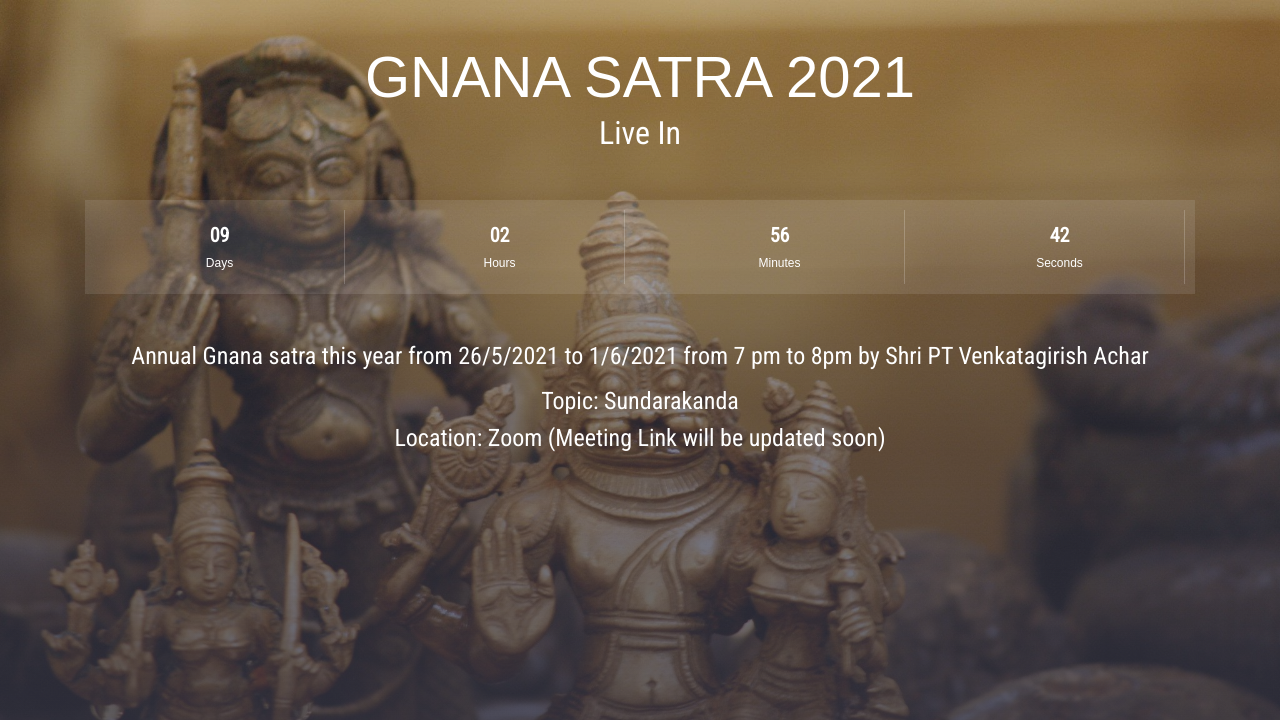
Repository: anirudhbichal/gs
Page: /
The author's editor kept a copy of each file at every save. The page is drawn from the files as they stood at one save, then again after the next save.
The browser window is 1280 px wide. The pictures show the whole page.
Some web fonts or font styles are not loaded; a fallback is used. The project was rebuilt for these pictures with package versions that can differ from the ones it lists, and the page was loaded fresh each time.

Above is the page before, as saved 2021-05-17 17:58:56.

### public/index.html
<!DOCTYPE html>
<html lang="en">
  <head>
    <meta charset="utf-8" />
    <meta name="viewport" content="width=device-width, initial-scale=1" />
    <meta name="theme-color" content="#000000" />
    <meta
      name="description"
      content="Gnana Satra website"
    />
    <link rel="apple-touch-icon" href="%PUBLIC_URL%/logo192.png" />
    <!--
      manifest.json provides metadata used when your web app is installed on a
      user's mobile device or desktop. See https://developers.google.com/web/fundamentals/web-app-manifest/
    -->
    <link rel="manifest" href="%PUBLIC_URL%/manifest.json" />
    <!--
      Notice the use of %PUBLIC_URL% in the tags above.
      It will be replaced with the URL of the `public` folder during the build.
      Only files inside the `public` folder can be referenced from the HTML.

      Unlike "/favicon.ico" or "favicon.ico", "%PUBLIC_URL%/favicon.ico" will
      work correctly both with client-side routing and a non-root public URL.
      Learn how to configure a non-root public URL by running `npm run build`.
    -->
    <title>Gnana Satra</title>
  </head>
  <body>
    <noscript>You need to enable JavaScript to run this app.</noscript>
    <div id="root"></div>
    <!--
      This HTML file is a template.
      If you open it directly in the browser, you will see an empty page.

      You can add webfonts, meta tags, or analytics to this file.
      The build step will place the bundled scripts into the <body> tag.

      To begin the development, run `npm start` or `yarn start`.
      To create a production bundle, use `npm run build` or `yarn build`.
    -->
  </body>
</html>

### src/App.js
import 'bootstrap/dist/css/bootstrap.min.css';
import './App.css';
import Container from 'react-bootstrap/Container';
import Timer from "./components/countdown/Timer";

function App() {
  return (
    <div className="App">
      <Container className="my-5">
        <h1>
          Gnana Satra 2021
        </h1>
        <h2 className="mb-5">Live In</h2>
        <Timer />
        <h4 className="mt-5">
          Annual Gnana satra this year from 26/5/2021 to 1/6/2021 from 7 pm to 8pm by Shri PT Venkatagirish Achar
        </h4>
        <h4 className="mt-3">
          Topic: Sundarakanda
        </h4>
        <h4>
          Location: Zoom (Meeting Link will be updated soon)
        </h4>
      </Container>
    </div>
  );
}

export default App;

### src/App.css
@import url("https://fonts.googleapis.com/css?family=Roboto+Condensed&display=swap");
@import url('http://fonts.cdnfonts.com/css/samarkan');

body {
  color: #fff;
  font-family: "Roboto Condensed", sans-serif;
  background-image: url('gs-bg.jpg');
  background-position: top top;
  background-size: cover;
  margin: 0;
}

.App {
  position: fixed;
  top: 0;
  left: 0;
  right: 0;
  bottom: 0;
  text-align: center;
  background: rgb(55, 55, 70);
  background: linear-gradient(
    0deg,
    rgba(55, 55, 70, 0.8) 0%,
    rgba(55, 55, 70, 0.6) 50%,
    rgba(55, 55, 70, 0.3) 100%
  );
}

h1 {
  font-family: 'Samarkan', sans-serif;
  font-size: 58px;
  text-transform: uppercase;
  line-height: 1;
}

### src/components/countdown/Timer.js
import React, { Component } from "react";
// import moment from 'moment';
import Container from 'react-bootstrap/Container';
import Row from 'react-bootstrap/Row';
import Col from 'react-bootstrap/Col';
import "./Timer.css";

class CountDown extends Component {
  constructor(props) {
    super(props);
    this.count = this.count.bind(this);
    this.state = {
      days: 0,
      minutes: 0,
      hours: 0,
      secounds: 0,
      time_up: ""
    };
    this.x = null;
    this.deadline = null;
  }
  count() {
    var now = new Date().getTime();
    var t = this.deadline - now;
    var dd = Math.floor(t / (1000 * 60 * 60 * 24));
    var hh = Math.floor((t % (1000 * 60 * 60 * 24)) / (1000 * 60 * 60));
    var mm = Math.floor((t % (1000 * 60 * 60)) / (1000 * 60));
    var ss = Math.floor((t % (1000 * 60)) / 1000);

    var days = dd < 10 ? "0" + dd : dd;
    var hours = hh < 10 ? "0" + hh : hh;
    var minutes = mm < 10 ? "0" + mm : mm;
    var seconds = ss < 10 ? "0" + ss : ss;

    this.setState({ days, minutes, hours, seconds });

    if (t < 0) {
      clearInterval(this.x);
      this.setState({
        days: 0,
        minutes: 0,
        hours: 0,
        seconds: 0,
        time_up: "TIME IS UP"
      });
    }
  }
  componentDidMount() {
    this.deadline = new Date("May 26, 2021 19:00:00").getTime();

    this.x = setInterval(this.count, 1000);
  }

  render() {
    const { days, seconds, hours, minutes } = this.state;
    return (
      <Container id="countdown">
        <Row>
            <Col>
                <div className="box">
                    <p id="day">{days}</p>
                    <span className="text">Days</span>
                </div>
            </Col>
            <Col>
                <div className="box">
                    <p id="hour">{hours}</p>
                    <span className="text">Hours</span>
                </div>
            </Col>
            <Col>
                <div className="box">
                    <p id="minute">{minutes}</p>
                    <span className="text">Minutes</span>
                </div>
            </Col>
            <Col>
                <div className="box">
                    <p id="second">{seconds}</p>
                    <span className="text">Seconds</span>
                </div>
            </Col>
        </Row>
      </Container>
    );
  }
}

export default CountDown;

### src/components/countdown/Timer.css
#countdown {
    padding: 10px;
    background-color: rgba(255, 255, 255, 0.1);
    display: inline-block;
    text-align: center;
    margin: auto;
  }
  #countdown .box {
    padding: 10px;
    border-right: solid 1px rgba(255, 255, 255, 0.2);
  }
  #countdown .col-4:last-child .box {
    border-right-color: transparent;
  }
  #countdown .box p {
    font-size: 20px;
    font-weight: bold;
    margin: 0;
  }
  #countdown .box .text {
    font-size: 12px;
    font-family: sans-serif;
  }

Loaded but not shown: src/index.js (common file); src/index.css (common file); src/reportWebVitals.js (common file)

After the next save:
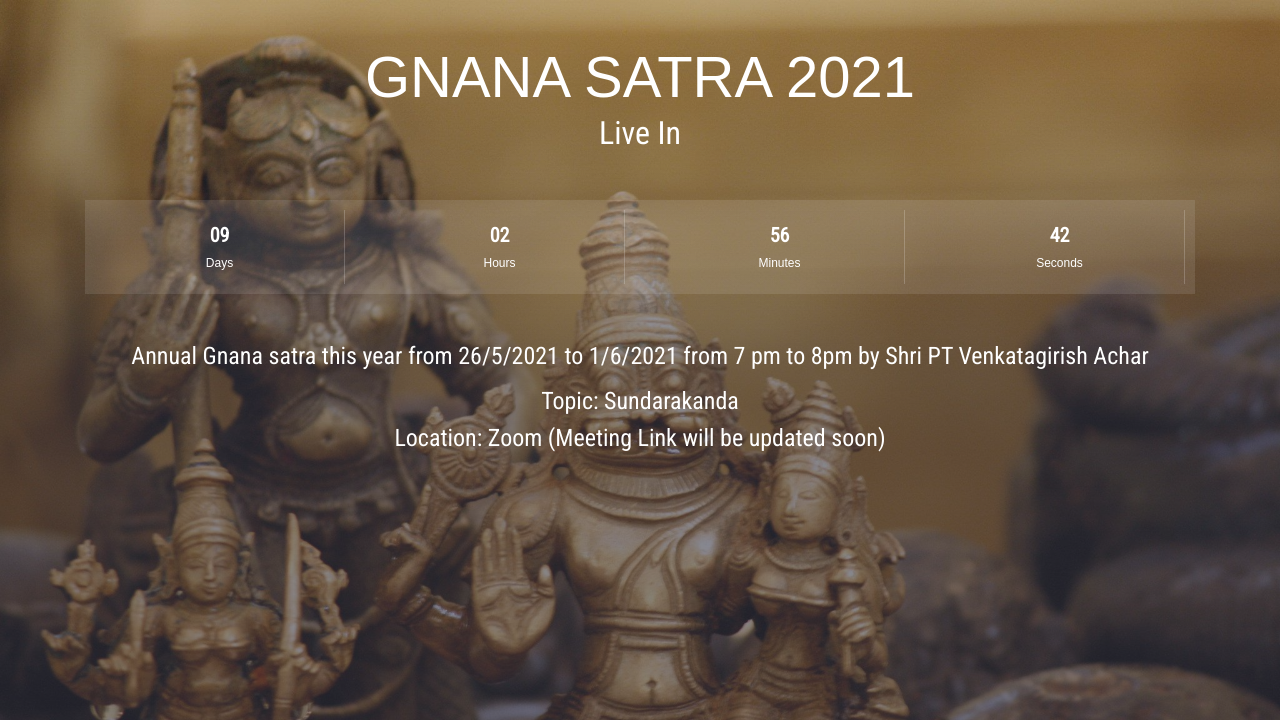
Saved 26 s later.
--- a/src/App.css
+++ b/src/App.css
@@ -20,7 +20,7 @@
   background: rgb(55, 55, 70);
   background: linear-gradient(
     0deg,
-    rgba(55, 55, 70, 0.8) 0%,
+    rgba(55, 55, 70, 0.6) 0%,
     rgba(55, 55, 70, 0.6) 50%,
     rgba(55, 55, 70, 0.3) 100%
   );

After the save that followed:
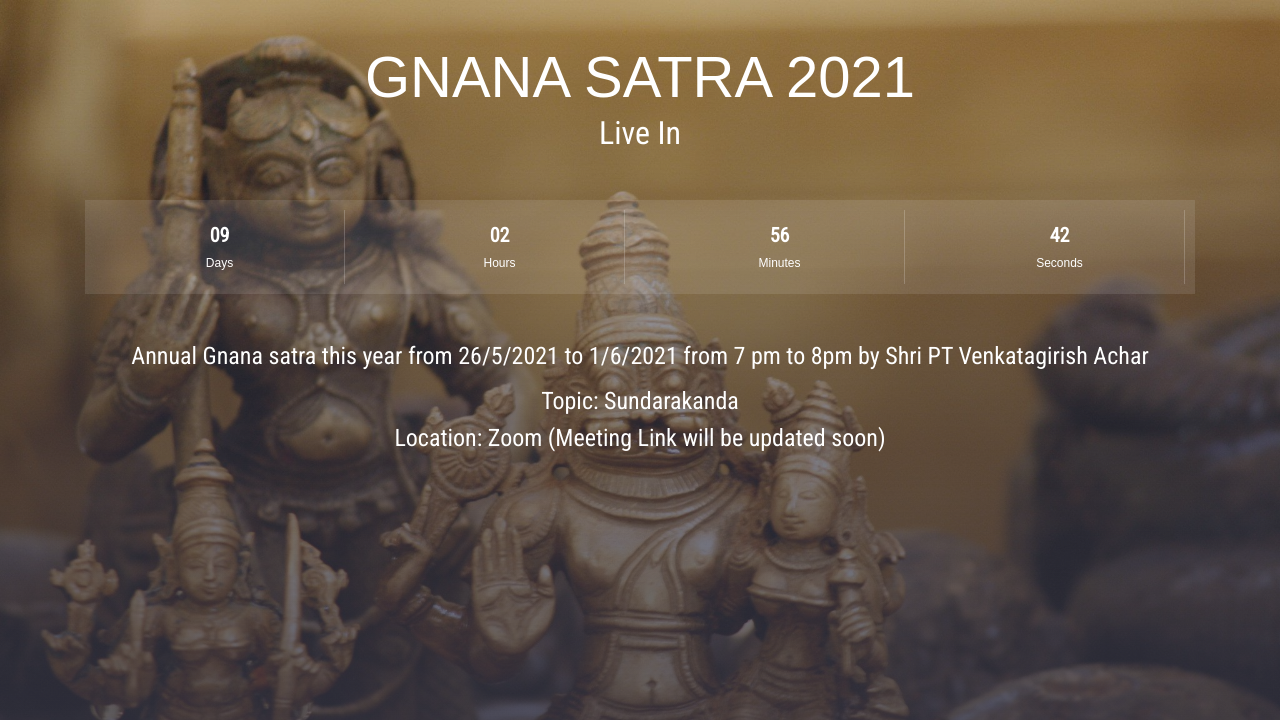
Saved 6 s later.
--- a/src/App.css
+++ b/src/App.css
@@ -20,7 +20,7 @@
   background: rgb(55, 55, 70);
   background: linear-gradient(
     0deg,
-    rgba(55, 55, 70, 0.6) 0%,
+    rgba(55, 55, 70, 0.8) 0%,
     rgba(55, 55, 70, 0.6) 50%,
     rgba(55, 55, 70, 0.3) 100%
   );
